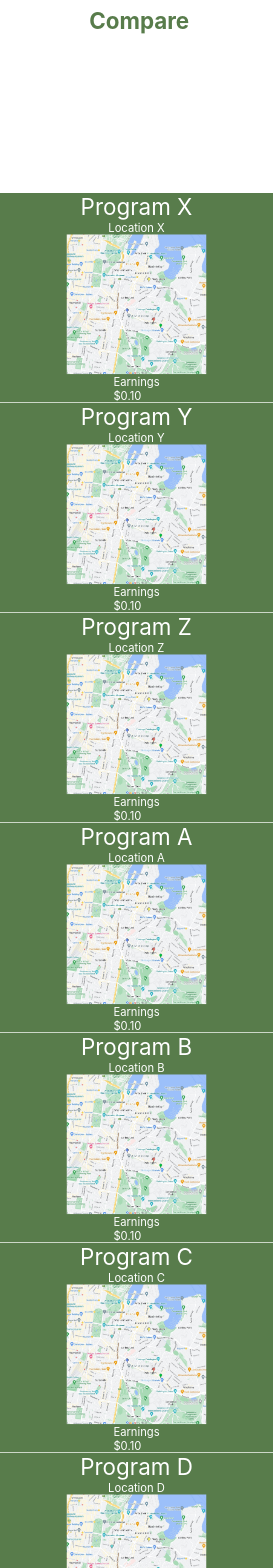
Repository: ct-pham/COMP4511
Screen: / (app in comp4511/)
These files come from the project's save history. The screen is drawn as it stood at one moment and after the next save; the edit follows.
The pictures show rows 0 to 2240 of an output 2749 px tall, at 70% of full size.
An inner scrolling area shows only its first screen. The app was drawn by React Native's web renderer in a window 390 px wide. The project was rebuilt for these pictures with package versions that can differ from the ones it lists, and the page was loaded fresh each time. Also part of the build but not shown: comp4511/Components/Homepage.js, comp4511/Components/AllEarnings.js, comp4511/Components/ProgramEarnings.js, comp4511/Components/Register.js, comp4511/Components/Login.js.

Above is the screen before, as saved 2022-11-09 19:26:09.

After the next save:
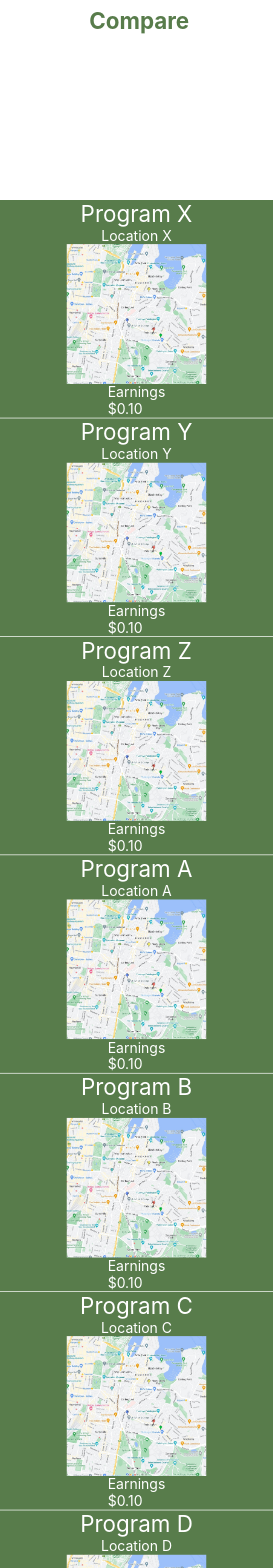
Saved 17 s later.
--- a/comp4511/Components/compareProgram/Items.js
+++ b/comp4511/Components/compareProgram/Items.js
@@ -51,15 +51,15 @@ const styles = StyleSheet.create({
         color: '#ffffff',
     },
     location: {
-        fontSize: 16,
+        fontSize: 20,
         color: '#ffffff',
     },
     Earnings: {
-        fontSize: 16,
+        fontSize: 20,
         color: '#ffffff',
     },
     Total: {
-        fontSize: 16,
+        fontSize: 20,
         color: '#ffffff',
     },
 
